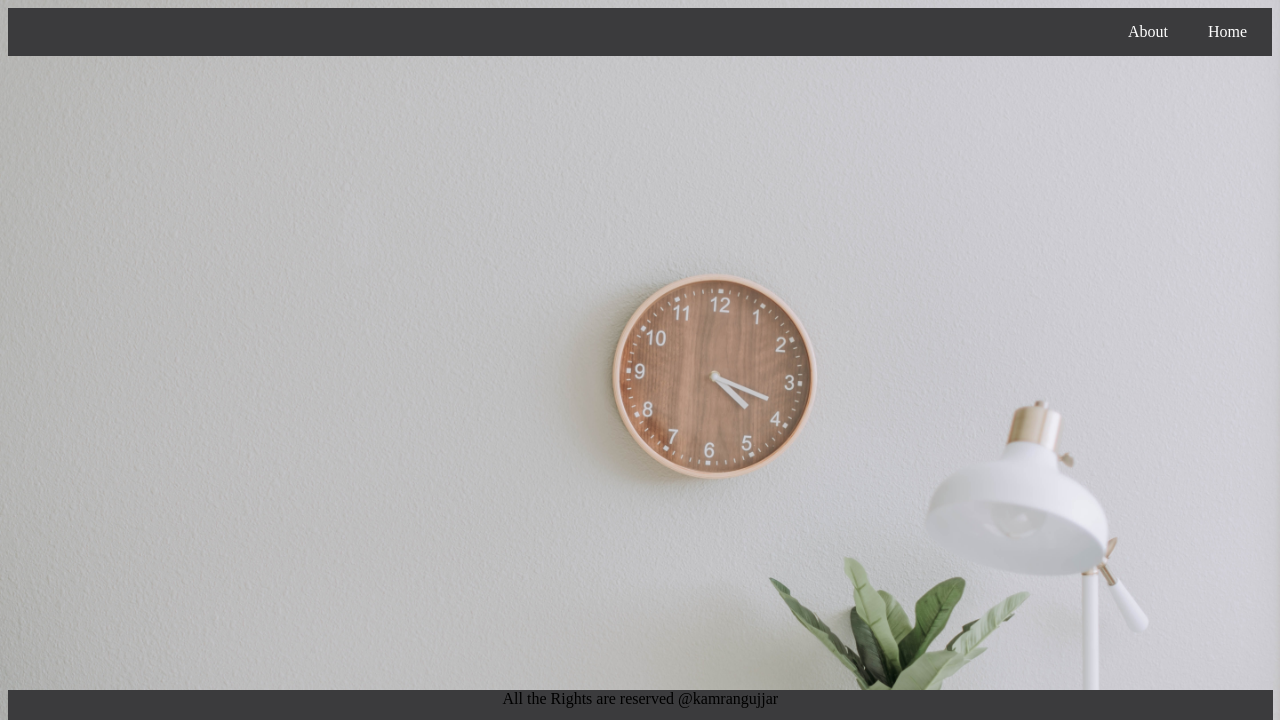
Repository: Kamrangujjar85112/Length-Converter
Page: html/mi_km.html
The author's editor kept a copy of each file at every save. The page is drawn from the files as they stood at one save, then again after the next save.
The browser window is 1280 px wide. The pictures show the whole page.

Above is the page before, as saved 2022-01-21 08:35:26.

After the next save:
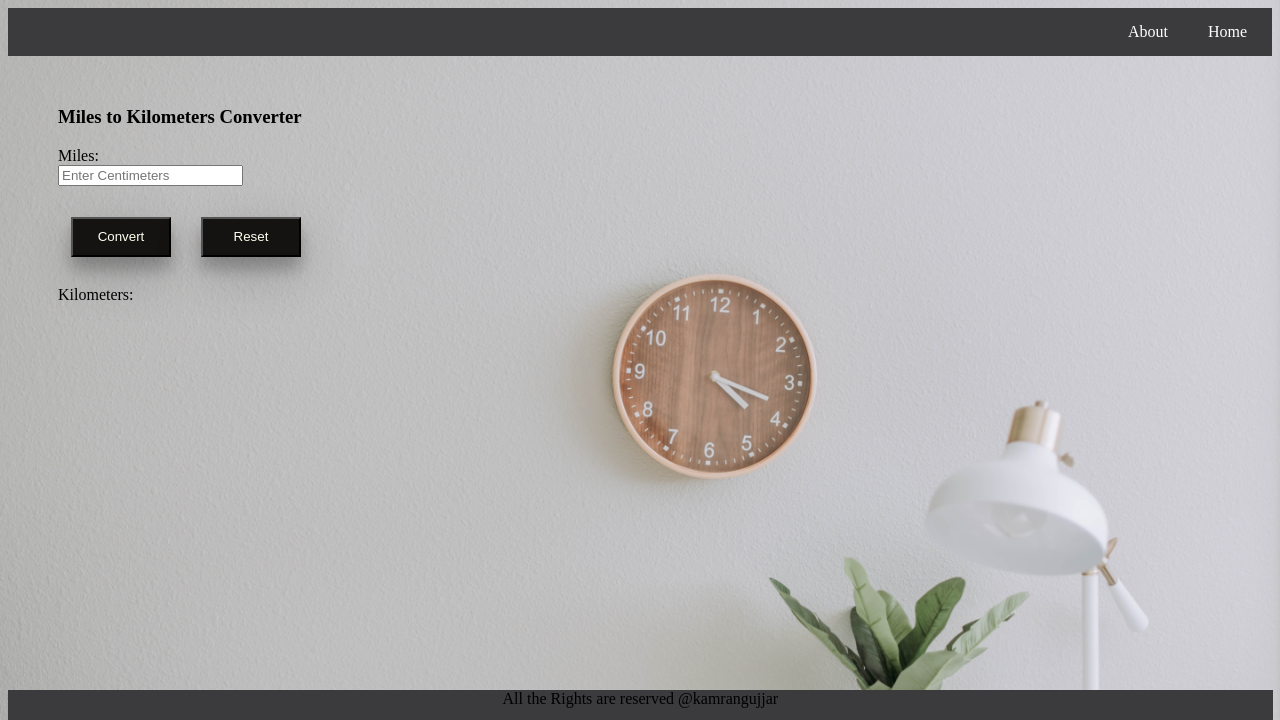
Saved 3 min 10 s later.
--- a/html/mi_km.html
+++ b/html/mi_km.html
@@ -18,6 +18,16 @@
                 </ul>
             </nav>
         </div>
+        <div class="box">
+            <h3>Miles to Kilometers Converter</h3>
+
+            <label>Miles:</label><br>
+            <input type="number" id="milesToKilometers" placeholder="Enter Centimeters" value=""><br><br>
+            <button id="convert">Convert</button>
+            <input type="reset" value="Reset" id="reset"><br>
+            <p>Kilometers: <span id="miToKm"></span></p>
+
+    </div>
             <footer class="footer">
                 <span>All the Rights are reserved @kamrangujjar</span>
               </footer>
